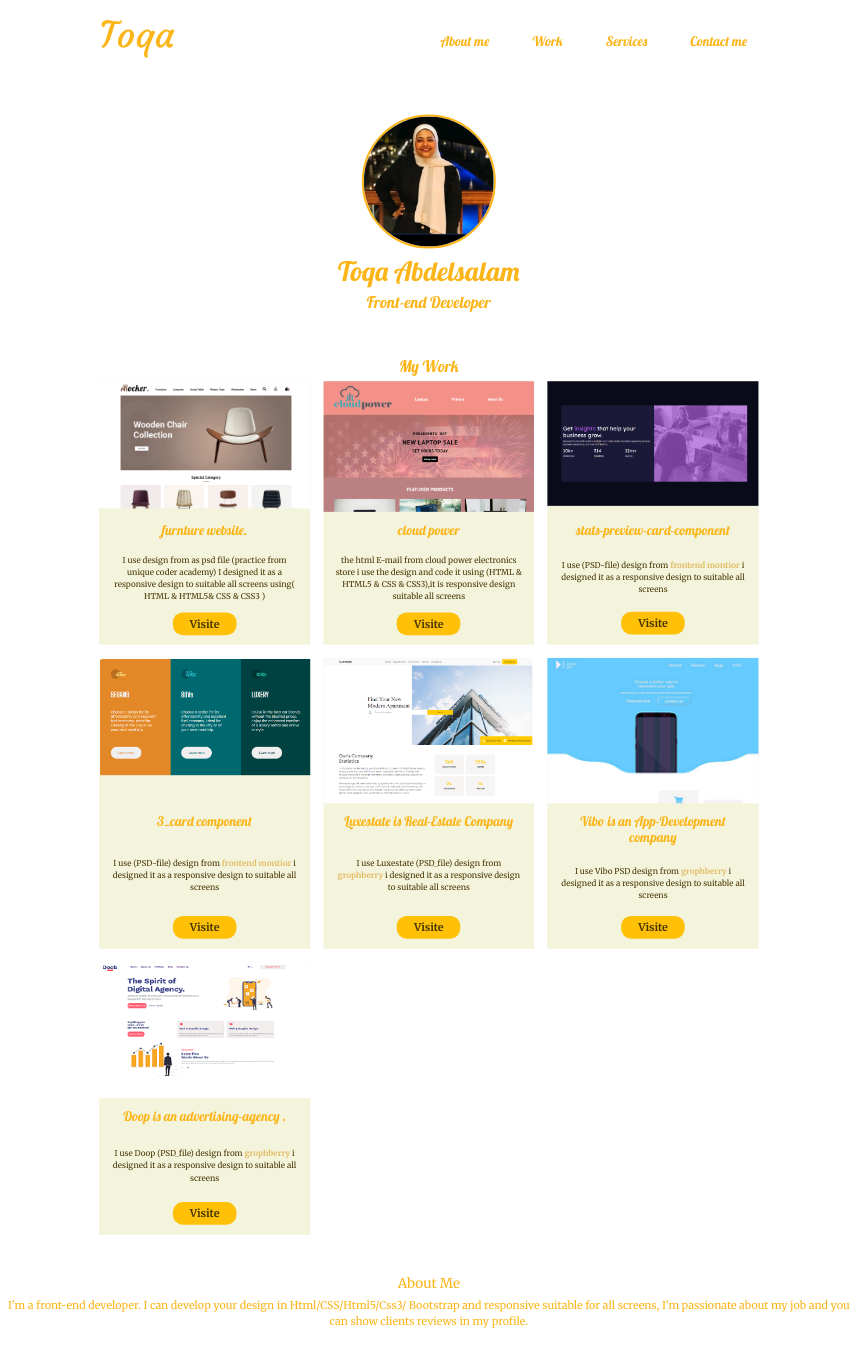
Repository: Toqa-25/portfolio
Page: index.html
These files come from the project's save history. The page is drawn as it stood at one moment and after the next save; the edit follows.
The browser window is 1280 px wide. The pictures show the whole page, at 67% of full size.
Some web fonts or font styles are not loaded; a fallback is used.

Above is the page before, as saved 2021-11-01 03:28:24.

After the next save:
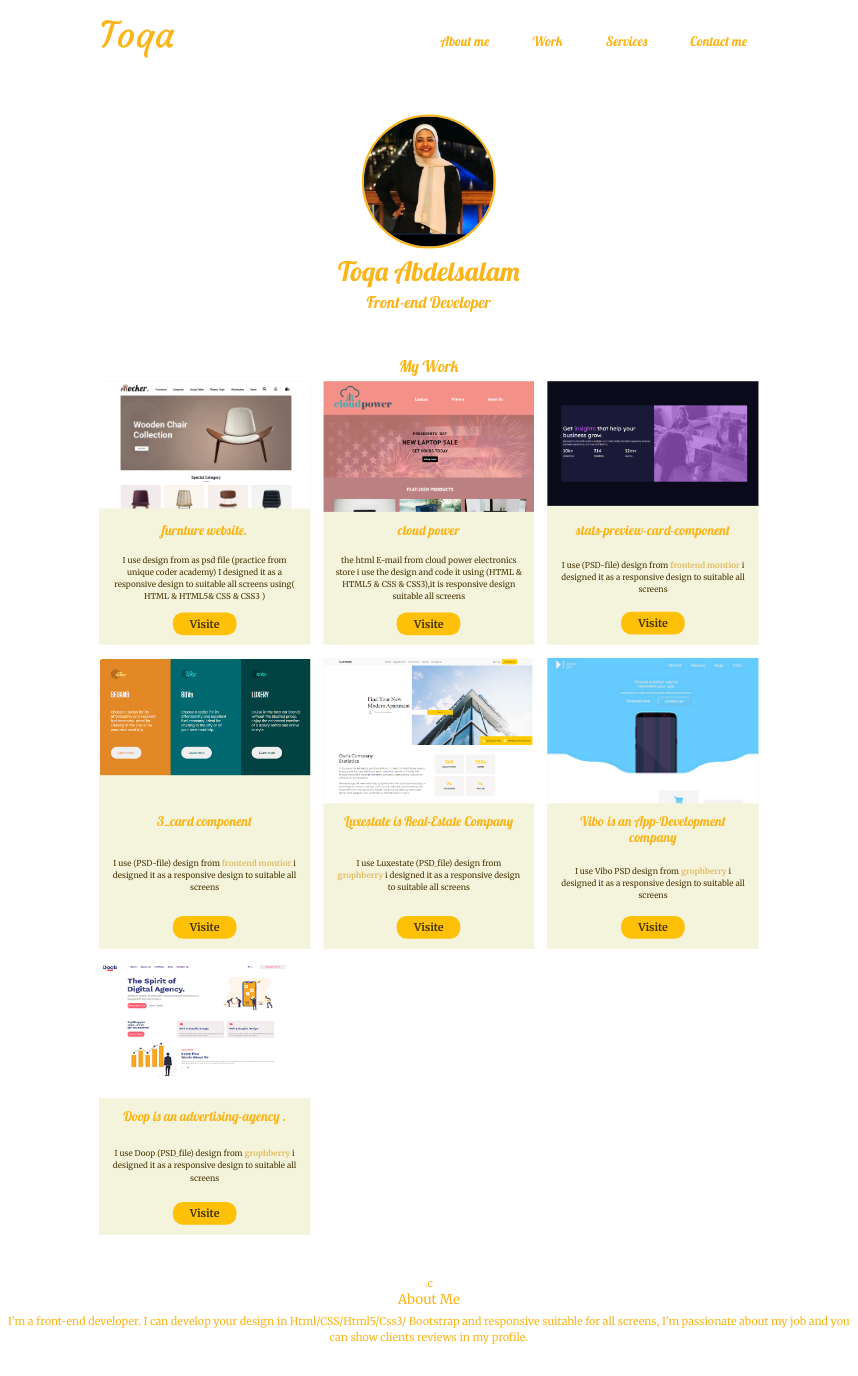
Saved 29 s later.
--- a/index.html
+++ b/index.html
@@ -176,6 +176,7 @@
       </section>
 
       <section class="pad about">
+        .c
           <h5 for="">About Me</h5>
       <p> I'm a front-end developer. I can develop your design in Html/CSS/Html5/Css3/ Bootstrap and responsive suitable for all screens, I'm passionate about my job and you can show clients reviews in my profile. </p>
       </section>

After the 2 saves that followed:
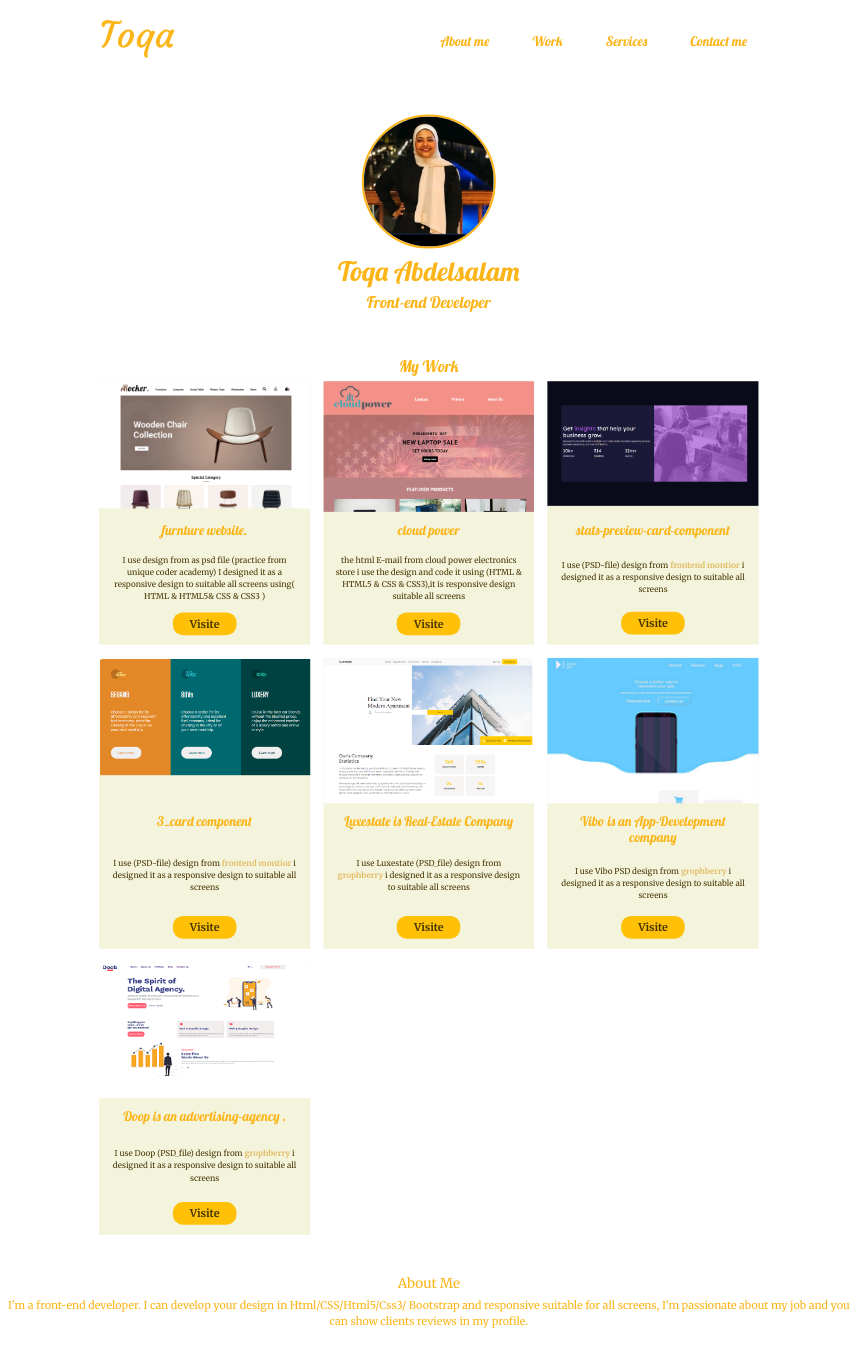
The 2 saves are shown as one change because they came seconds apart.
The last was saved 8 s later.
--- a/index.html
+++ b/index.html
@@ -176,7 +176,9 @@
       </section>
 
       <section class="pad about">
-        .c
+        <div class="container">
+
+        </div>
           <h5 for="">About Me</h5>
       <p> I'm a front-end developer. I can develop your design in Html/CSS/Html5/Css3/ Bootstrap and responsive suitable for all screens, I'm passionate about my job and you can show clients reviews in my profile. </p>
       </section>
